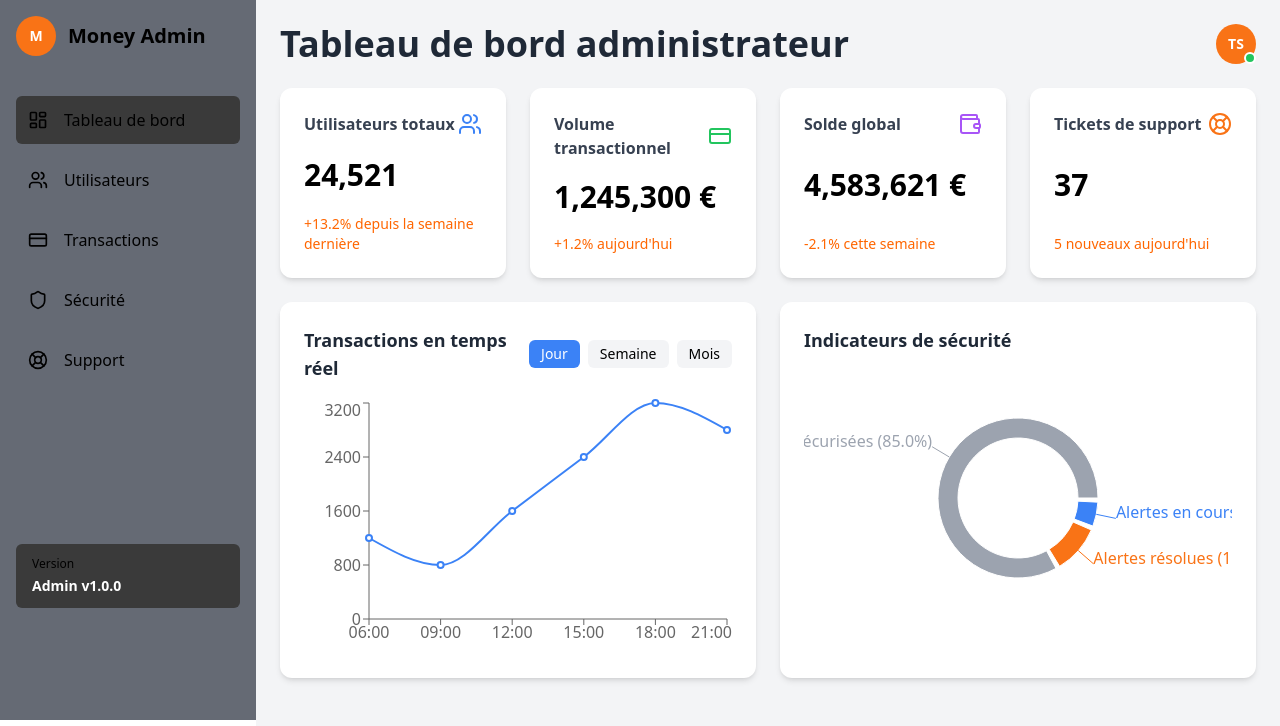
Repository: Edongo999/Dashboard
Page: /
An editor plug-in stored every save of this project. The page is shown before and after the next save, followed by the edit.
The browser window is 1280 px wide. The pictures show the whole page.
The project was rebuilt for these pictures with package versions that can differ from the ones it lists, and the page was loaded fresh each time. Also part of the build but not shown: vite.config.ts.

Above is the page before, as saved 2025-10-13 14:49:01.

### index.html
<!doctype html>
<html lang="en">
  <head>
    <meta charset="UTF-8" />
    <link rel="icon" type="image/svg+xml" href="/vite.svg" />
    <meta name="viewport" content="width=device-width, initial-scale=1.0" />
    <title>mon_dashboard</title>
  </head>
  <body>
    <div id="root"></div>
    <script type="module" src="/src/main.tsx"></script>
  </body>
</html>

### src/App.tsx
import Sidebar from "./components/Sidebar"
import StatBlock from "./components/StatBlock"
import UserAvatar from "./components/UserAvatar"
import RealtimeChart from "./components/RealtimeChart"
import SecurityIndicators from "./components/SecurityIndicators"
import { Users, CreditCard, Wallet, LifeBuoy } from "lucide-react"

const App = () => {
  const kpis = [
    {
      title: "Utilisateurs totaux",
      value: "24,521",
      subtext: "+13.2% depuis la semaine dernière",
      icon: <Users />,
      iconColor: "text-blue-500"
    },
    {
      title: "Volume transactionnel",
      value: "1,245,300 €",
      subtext: "+1.2% aujourd'hui",
      icon: <CreditCard />,
      iconColor: "text-green-500"
    },
    {
      title: "Solde global",
      value: "4,583,621 €",
      subtext: "-2.1% cette semaine",
      icon: <Wallet />,
      iconColor: "text-purple-500"
    },
    {
      title: "Tickets de support",
      value: "37",
      subtext: "5 nouveaux aujourd'hui",
      icon: <LifeBuoy />,
      iconColor: "text-orange-500"
    }
  ]

  return (
    <div className="flex min-h-screen">
      <Sidebar />
      <main className="flex-1 overflow-auto p-6 bg-[#F3F4F6]">
        {/* Titre + avatar */}
        <div className="flex items-center justify-between mb-6">
          <h1 className="text-4xl font-bold text-gray-800">
            Tableau de bord administrateur
          </h1>
          <UserAvatar />
        </div>

        {/* Cartes KPI */}
        <div className="grid grid-cols-1 sm:grid-cols-2 lg:grid-cols-4 gap-6 mb-6">
          {kpis.map((kpi, i) => (
            <StatBlock key={i} {...kpi} />
          ))}
        </div>

        {/* Section monitoring */}
        <div className="grid grid-cols-1 lg:grid-cols-2 gap-6 mb-6">
          <RealtimeChart />
          <SecurityIndicators />
        </div>
      </main>
    </div>
  )
}

export default App

### src/components/Sidebar.tsx
import {
  LayoutDashboard,
  Users,
  CreditCard,
  Shield,
  LifeBuoy,
  Menu
} from "lucide-react"
import { useState } from "react"

const Sidebar = () => {
  const [open, setOpen] = useState(false)
  const [active, setActive] = useState("Tableau de bord")

  const menuItems = [
    { label: "Tableau de bord", icon: <LayoutDashboard size={20} /> },
    { label: "Utilisateurs", icon: <Users size={20} /> },
    { label: "Transactions", icon: <CreditCard size={20} /> },
    { label: "Sécurité", icon: <Shield size={20} /> },
    { label: "Support", icon: <LifeBuoy size={20} /> }
  ]

  return (
    <>
      {/* Bouton hamburger mobile */}
      <button
        className="lg:hidden fixed top-4 left-4 z-50 bg-white p-2 rounded-md shadow-md"
        onClick={() => setOpen(!open)}
      >
        <Menu className="text-gray-800" />
      </button>

      {/* Sidebar */}
      <aside
        className={`fixed top-0 left-0 w-64 h-screen bg-[#656A74] text-neutral-content flex flex-col justify-between p-4 z-40 transition-transform duration-300 ${
          open ? "translate-x-0" : "-translate-x-full"
        } lg:translate-x-0 lg:static lg:block`}
        style={{ opacity: 1 }}
      >
        {/* Haut : logo */}
        <div>
          <div className="flex items-center gap-3 mb-10">
            <div className="bg-orange-500 text-white rounded-full w-10 h-10 flex items-center justify-center font-bold text-sm shrink-0">
              M
            </div>
            <span className="text-xl font-semibold whitespace-nowrap">Money Admin</span>
          </div>

          {/* Menu */}
          <ul className="space-y-3">
            {menuItems.map((item) => (
              <li key={item.label}>
                <a
                  onClick={() => setActive(item.label)}
                  className={`flex items-center gap-4 py-3 px-3 text-[16px] rounded-md transition-all duration-300 ${
                    active === item.label
                      ? "bg-[#3A3A3A]"
                      : "hover:bg-neutral-600 hover:scale-[1.02]"
                  }`}
                >
                  {item.icon}
                  {item.label}
                </a>
              </li>
            ))}
          </ul>
        </div>

        {/* Bloc version */}
        <div className="mt-40">
          <div className="bg-[#3A3A3A] rounded-md px-4 py-3 text-xs text-neutral-content/70">
            <p className="mb-1">Version</p>
            <span className="font-semibold text-sm text-white">Admin v1.0.0</span>
          </div>
        </div>
      </aside>
    </>
  )
}

export default Sidebar

### src/components/StatBlock.tsx
import { motion } from "framer-motion"

type StatBlockProps = {
  title: string
  value: string
  subtext: string
  icon: React.ReactNode
  iconColor: string
}

const StatBlock = ({ title, value, subtext, icon, iconColor }: StatBlockProps) => {
  return (
    <motion.div
      initial={{ opacity: 0, y: 30 }}
      animate={{ opacity: 1, y: 0 }}
      whileHover={{ scale: 1.03, y: -5 }}
      transition={{ duration: 0.3, ease: "easeOut" }}
      className="bg-white shadow-md p-6 rounded-[12px] flex flex-col justify-between w-full max-w-[240px] h-[190px]"
    >
      <div className="flex justify-between items-center">
        <h3 className="text-base font-semibold text-gray-700">{title}</h3>
        <div className={`text-2xl ${iconColor}`}>{icon}</div>
      </div>
      <p className="text-3xl font-bold mt-2 text-black">{value}</p>
      <p className="text-sm mt-2 text-[#FF6600] font-medium">{subtext}</p>
    </motion.div>
  )
}

export default StatBlock

### src/components/UserAvatar.tsx
const UserAvatar = () => {
  return (
    <div className="relative">
      <div className="w-10 h-10 rounded-full bg-orange-500 text-white flex items-center justify-center font-bold text-sm">
        TS
      </div>
      <span className="absolute bottom-0 right-0 w-3 h-3 rounded-full border-2 border-white bg-green-500" />
    </div>
  )
}

export default UserAvatar

### src/components/RealtimeChart.tsx
import {
  LineChart,
  Line,
  XAxis,
  YAxis,
  Tooltip,
  ResponsiveContainer
} from "recharts"
import { useState } from "react"

const datasets = {
  jour: [
    { time: "06:00", value: 1200 },
    { time: "09:00", value: 800 },
    { time: "12:00", value: 1600 },
    { time: "15:00", value: 2400 },
    { time: "18:00", value: 3200 },
    { time: "21:00", value: 2800 }
  ],
  semaine: [
    { time: "Lun", value: 5400 },
    { time: "Mar", value: 6200 },
    { time: "Mer", value: 5800 },
    { time: "Jeu", value: 6900 },
    { time: "Ven", value: 7200 },
    { time: "Sam", value: 5100 },
    { time: "Dim", value: 4300 }
  ],
  mois: [
    { time: "S1", value: 18000 },
    { time: "S2", value: 22000 },
    { time: "S3", value: 19500 },
    { time: "S4", value: 25000 }
  ]
}

const RealtimeChart = () => {
  const [view, setView] = useState<"jour" | "semaine" | "mois">("jour")

  return (
    <div className="bg-white rounded-[12px] shadow-md p-6">
      <div className="flex items-center justify-between mb-4">
        <h2 className="text-lg font-semibold text-gray-800">Transactions en temps réel</h2>
        <div className="flex gap-2">
          {["jour", "semaine", "mois"].map((v) => (
            <button
              key={v}
              onClick={() => setView(v as "jour" | "semaine" | "mois")}
              className={`text-sm px-3 py-1 rounded-md ${
                view === v ? "bg-blue-500 text-white" : "bg-gray-100 hover:bg-gray-200"
              }`}
            >
              {v.charAt(0).toUpperCase() + v.slice(1)}
            </button>
          ))}
        </div>
      </div>

      <div className="h-64">
        <ResponsiveContainer width="100%" height="100%">
          <LineChart data={datasets[view]}>
            <XAxis dataKey="time" />
            <YAxis />
            <Tooltip />
            <Line type="monotone" dataKey="value" stroke="#3B82F6" strokeWidth={2} />
          </LineChart>
        </ResponsiveContainer>
      </div>
    </div>
  )
}

export default RealtimeChart

### src/components/SecurityIndicators.tsx
import {
  PieChart,
  Pie,
  Cell,
  Tooltip,
  ResponsiveContainer
} from "recharts"

const rawData = [
  { name: "Transactions sécurisées", value: 850 },
  { name: "Alertes résolues", value: 100 },
  { name: "Alertes en cours", value: 50 }
]

const COLORS = ["#9CA3AF", "#F97316", "#3B82F6"]

const SecurityIndicators = () => {
  const total = rawData.reduce((sum, item) => sum + item.value, 0)
  const data = rawData.map((item) => ({
    ...item,
    percent: ((item.value / total) * 100).toFixed(1) + "%"
  }))

  return (
    <div className="bg-white rounded-[12px] shadow-md p-6">
      <h2 className="text-lg font-semibold text-gray-800 mb-4">Indicateurs de sécurité</h2>

      <div className="h-64">
        <ResponsiveContainer width="100%" height="100%">
          <PieChart>
            <Pie
              data={data}
              dataKey="value"
              nameKey="name"
              innerRadius={60}
              outerRadius={80}
              paddingAngle={3}
              label={({ name, percent }) => `${name} (${percent})`}
            >
              {data.map((entry, index) => (
                <Cell key={`cell-${index}`} fill={COLORS[index % COLORS.length]} />
              ))}
            </Pie>
            <Tooltip formatter={(value: number, name: string) => [`${value}`, name]} />
          </PieChart>
        </ResponsiveContainer>
      </div>
    </div>
  )
}

export default SecurityIndicators

### tailwind.config.js
/** @type {import('tailwindcss').Config} */
module.exports = {
  content: ["./src/**/*.{js,jsx,ts,tsx}"],
  theme: { extend: {} },
  plugins: [require("daisyui")],
  daisyui: {
    themes: [
      {
        mytheme: {
          "primary": "#570df8",
          "secondary": "#f000b8",
          "accent": "#37cdbe",
          "neutral": "#3d4451",
          "base-100": "#F3F4F6", // <-- couleur de fond principale pour tout le dashboard
          "base-200": "#e5e7eb", // pour cartes ou sections légèrement plus foncées
          "base-300": "#d1d5db", // pour éléments encadrés
          "base-content": "#111827", // couleur du texte principal
          "info": "#3ABFF8",
          "success": "#36D399",
          "warning": "#FBBD23",
          "error": "#F87272",
        },
      },
    ],
  },
};

Loaded but not shown: src/main.tsx (common file); src/index.css (common file)

After the next save:
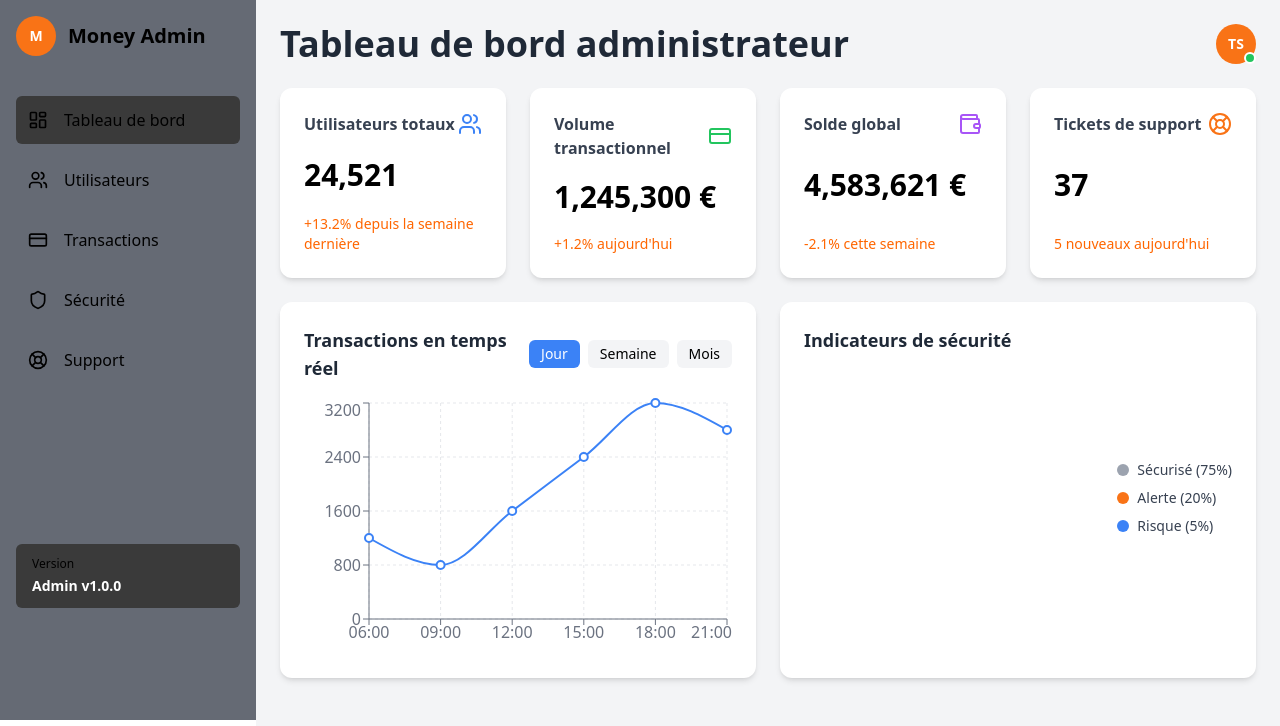
Saved 6 min 8 s later.
--- a/src/components/RealtimeChart.tsx
+++ b/src/components/RealtimeChart.tsx
@@ -4,6 +4,7 @@ import {
   XAxis,
   YAxis,
   Tooltip,
+  CartesianGrid,
   ResponsiveContainer
 } from "recharts"
 import { useState } from "react"
@@ -59,10 +60,20 @@ const RealtimeChart = () => {
       <div className="h-64">
         <ResponsiveContainer width="100%" height="100%">
           <LineChart data={datasets[view]}>
-            <XAxis dataKey="time" />
-            <YAxis />
-            <Tooltip />
-            <Line type="monotone" dataKey="value" stroke="#3B82F6" strokeWidth={2} />
+            <CartesianGrid strokeDasharray="3 3" stroke="#E5E7EB" />
+            <XAxis dataKey="time" stroke="#6B7280" />
+            <YAxis stroke="#6B7280" />
+            <Tooltip
+              contentStyle={{ backgroundColor: "#fff", borderRadius: "8px", border: "none" }}
+              labelStyle={{ color: "#374151", fontWeight: "500" }}
+            />
+            <Line
+              type="monotone"
+              dataKey="value"
+              stroke="#3B82F6"
+              strokeWidth={2}
+              dot={{ r: 4, stroke: "#3B82F6", strokeWidth: 2, fill: "#fff" }}
+            />
           </LineChart>
         </ResponsiveContainer>
       </div>
--- a/src/components/SecurityIndicators.tsx
+++ b/src/components/SecurityIndicators.tsx
@@ -2,14 +2,13 @@ import {
   PieChart,
   Pie,
   Cell,
-  Tooltip,
   ResponsiveContainer
 } from "recharts"
 
 const rawData = [
-  { name: "Transactions sécurisées", value: 850 },
-  { name: "Alertes résolues", value: 100 },
-  { name: "Alertes en cours", value: 50 }
+  { name: "Sécurisé", value: 75 },
+  { name: "Alerte", value: 20 },
+  { name: "Risque", value: 5 }
 ]
 
 const COLORS = ["#9CA3AF", "#F97316", "#3B82F6"]
@@ -18,32 +17,45 @@ const SecurityIndicators = () => {
   const total = rawData.reduce((sum, item) => sum + item.value, 0)
   const data = rawData.map((item) => ({
     ...item,
-    percent: ((item.value / total) * 100).toFixed(1) + "%"
+    percent: ((item.value / total) * 100).toFixed(0) + "%"
   }))
 
   return (
     <div className="bg-white rounded-[12px] shadow-md p-6">
       <h2 className="text-lg font-semibold text-gray-800 mb-4">Indicateurs de sécurité</h2>
 
-      <div className="h-64">
-        <ResponsiveContainer width="100%" height="100%">
-          <PieChart>
-            <Pie
-              data={data}
-              dataKey="value"
-              nameKey="name"
-              innerRadius={60}
-              outerRadius={80}
-              paddingAngle={3}
-              label={({ name, percent }) => `${name} (${percent})`}
-            >
-              {data.map((entry, index) => (
-                <Cell key={`cell-${index}`} fill={COLORS[index % COLORS.length]} />
-              ))}
-            </Pie>
-            <Tooltip formatter={(value: number, name: string) => [`${value}`, name]} />
-          </PieChart>
-        </ResponsiveContainer>
+      <div className="flex items-center justify-between h-64">
+        {/* Donut chart */}
+        <div className="w-2/3">
+          <ResponsiveContainer width="100%" height="100%">
+            <PieChart>
+              <Pie
+                data={data}
+                dataKey="value"
+                innerRadius={60}
+                outerRadius={80}
+                paddingAngle={2}
+              >
+                {data.map((entry, index) => (
+                  <Cell key={`cell-${index}`} fill={COLORS[index % COLORS.length]} />
+                ))}
+              </Pie>
+            </PieChart>
+          </ResponsiveContainer>
+        </div>
+
+        {/* Légende externe */}
+        <div className="flex flex-col gap-2 text-sm text-gray-700">
+          {data.map((item, i) => (
+            <div key={i} className="flex items-center gap-2">
+              <span
+                className="w-3 h-3 rounded-full"
+                style={{ backgroundColor: COLORS[i] }}
+              />
+              <span>{item.name} ({item.percent})</span>
+            </div>
+          ))}
+        </div>
       </div>
     </div>
   )
